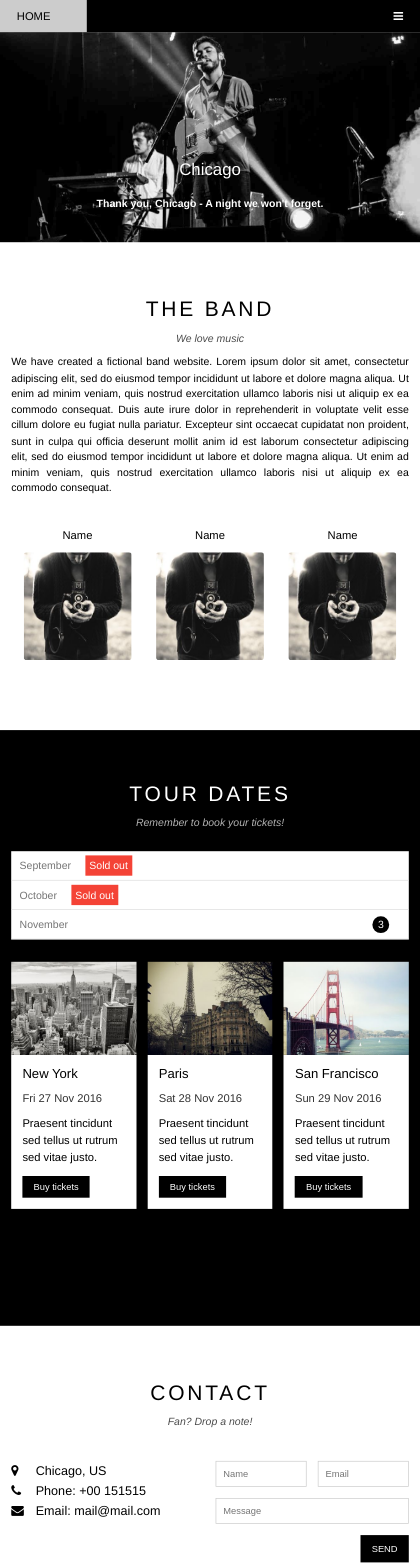
Repository: vuongtm1999/TheBand_W3School
Page: index.html
These files come from the project's save history. The page is drawn as it stood at one moment and after the next save; the edit follows.
The browser window is 600 px wide. The pictures show the part of the page from y = 0 to 2240 px (the page is 2836 px tall), at 70% of full size.

Above is the page before, as saved 2022-08-30 14:30:59.

After the next save:
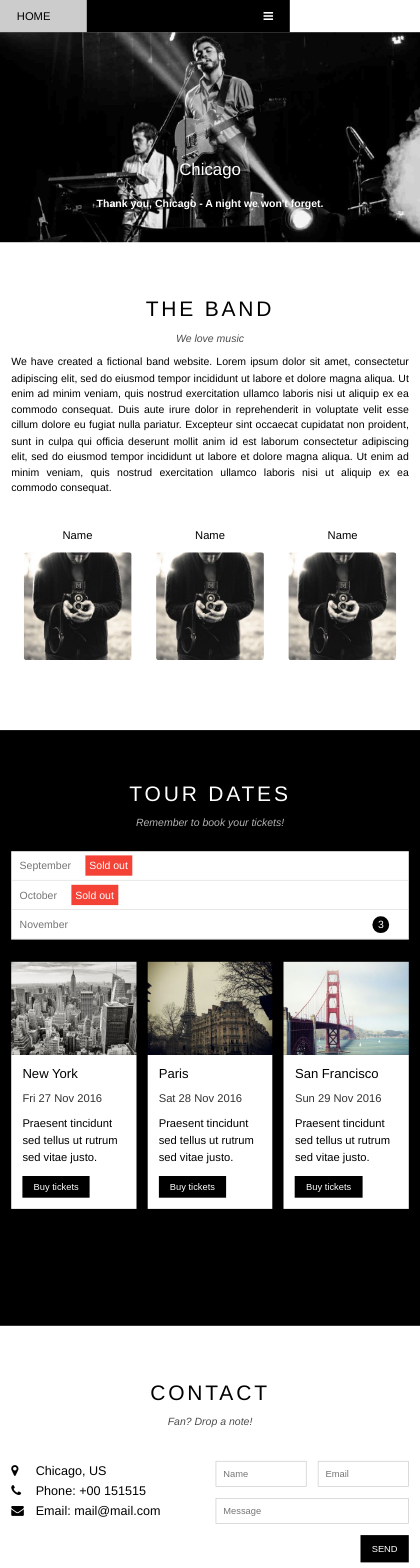
Saved 3 min 48 s later.
--- a/assets/css/responsive.css
+++ b/assets/css/responsive.css
@@ -19,6 +19,10 @@
         display: block !important;
     } */
 
+    #header{
+        width: 414px;
+    }
+
     #nav > li{
         display: block !important;
     }
